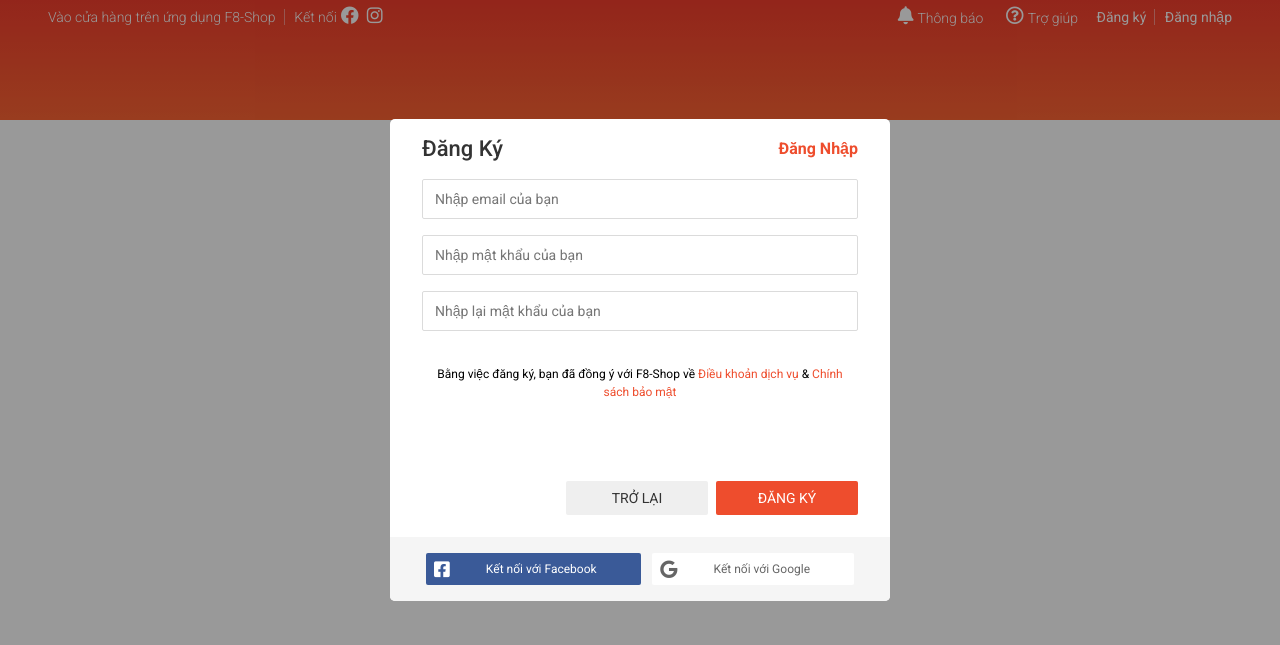
Repository: huynhnhan112/Shopee_Homepage
Page: index.html
An editor plug-in stored every save of this project. The page is shown before and after the next save, followed by the edit.
The browser window is 1280 px wide. The pictures show the whole page.

Above is the page before, as saved 2021-11-19 16:31:21.

After the next save:
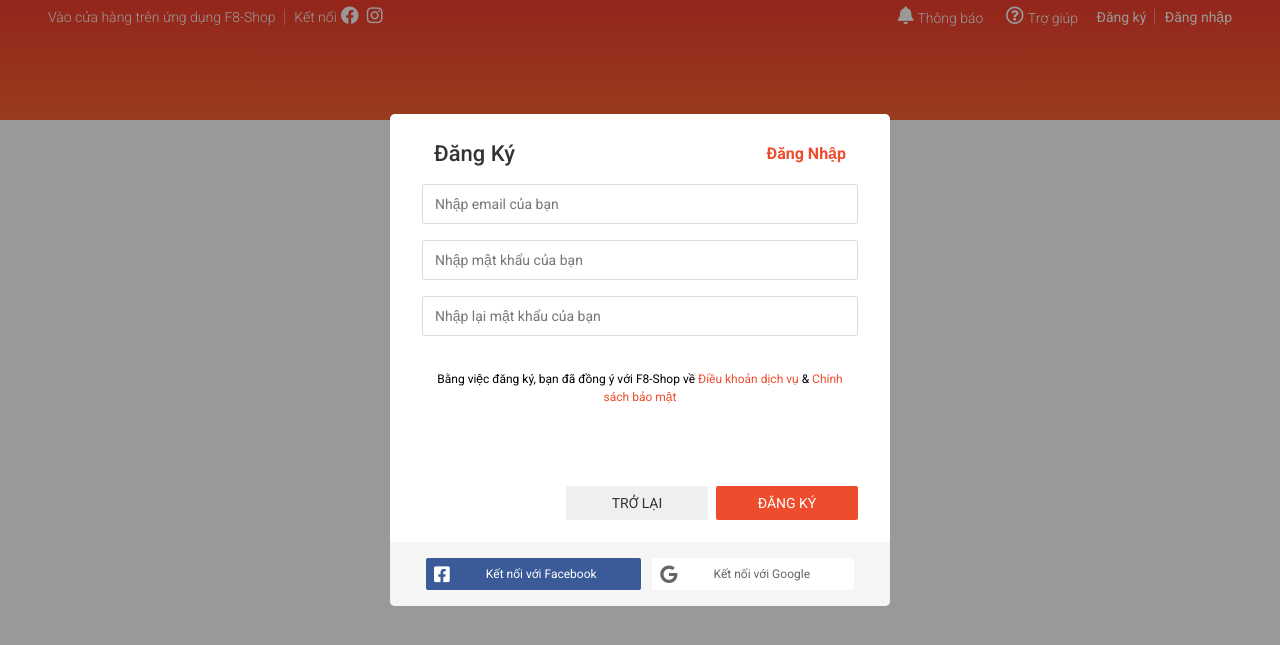
Saved 2 min 46 s later.
--- a/assets/css/style.css
+++ b/assets/css/style.css
@@ -263,6 +263,8 @@
     display: flex;
     align-items: center;
     justify-content: space-between;
+    padding: 0 12px;
+    margin-top: 10px;
 }
 
 .auth-form__heading{
